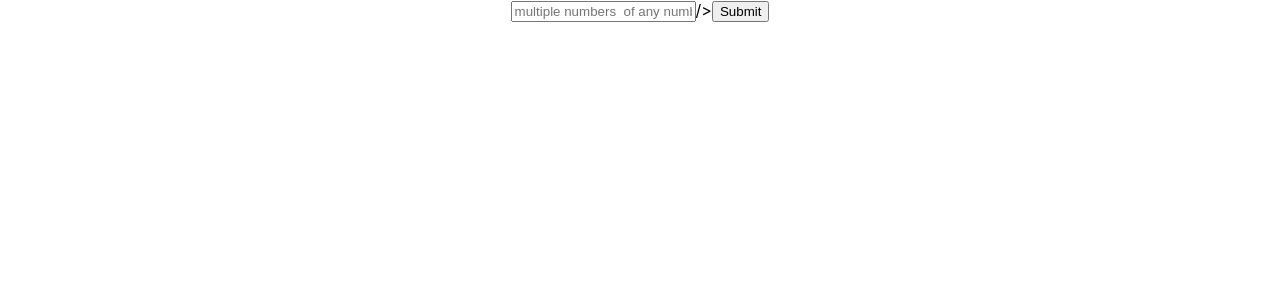
Repository: kirangautam45/multiple-of-number
Page: /
An editor plug-in stored every save of this project. The page is shown before and after the next save, followed by the edit.
The browser window is 1280 px wide. The pictures show the whole page.
The project was rebuilt for these pictures with package versions that can differ from the ones it lists, and the page was loaded fresh each time.

Above is the page before, as saved 2022-08-08 22:02:03.

### src/App.js
import './App.css';
import { useState } from 'react';

const App=()=> {
  const [data, setData] = useState(null);
  const numbers =[1,2,3,4,5,6,7,8,9,10]
  const {number, setnumber}=useState(0)
  const multiply = ()=> Map()


  return (
    <div className="App">
    <input type="numbers" placeholder="multiple numbers  of any number"
    value={data} onChange={(e)=>setData(e.target.value)} />

    />
    <button onClick={multiply}>Submit</button>

    <div>
     {number}
    </div>
    </div>
  );
}

export default App;

Loaded but not shown: public/index.html (common file); src/index.js (common file); src/index.css (common file); src/App.css (common file)

After the next save:
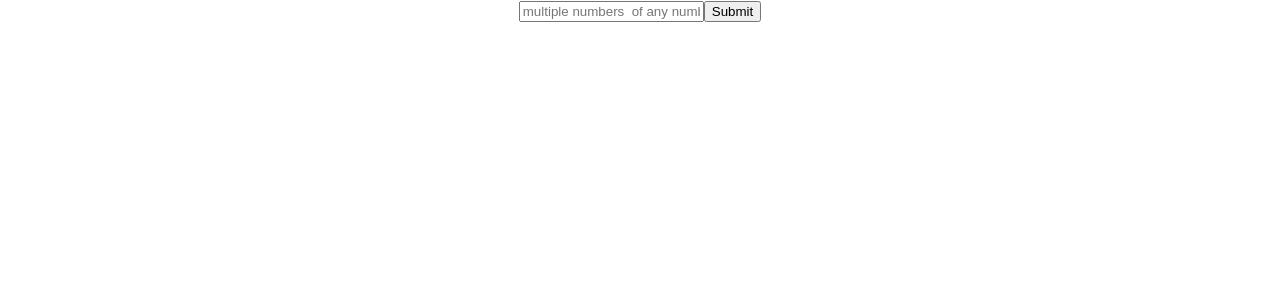
Saved 5 s later.
--- a/src/App.js
+++ b/src/App.js
@@ -13,7 +13,6 @@ const App=()=> {
     <input type="numbers" placeholder="multiple numbers  of any number"
     value={data} onChange={(e)=>setData(e.target.value)} />
 
-    />
     <button onClick={multiply}>Submit</button>
 
     <div>
